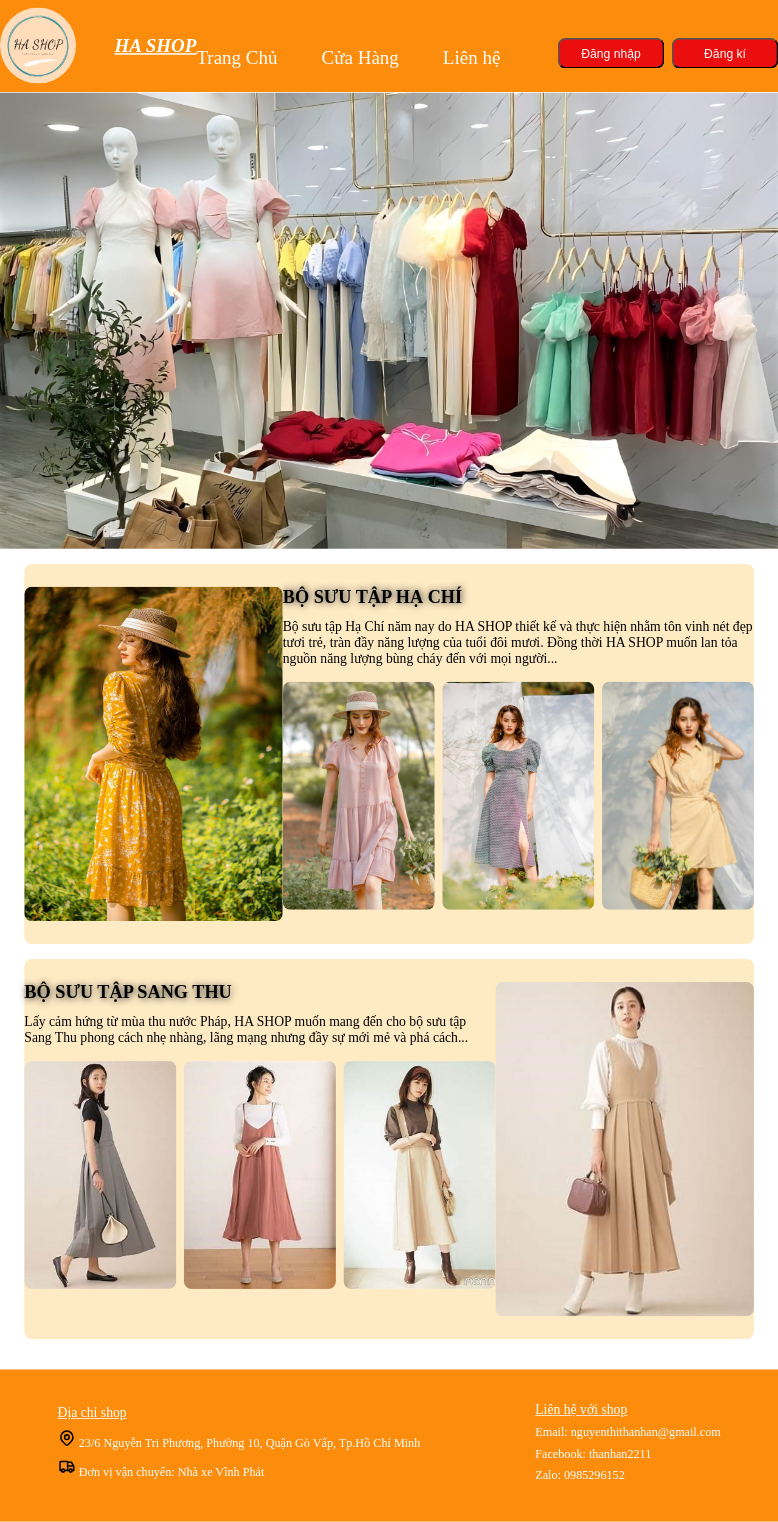
Repository: manhhieu120499/Project_ShopQuanAo
Page: index.html
The author's editor kept a copy of each file at every save. The page is drawn from the files as they stood at one save, then again after the next save.
The browser window is 1024 px wide. The pictures show the whole page, at 76% of full size.

Above is the page before, as saved 2023-04-07 22:13:11.

### index.html
<!DOCTYPE html>
<html lang="en">

<head>
    <meta charset="UTF-8" />
    <meta http-equiv="X-UA-Compatible" content="IE=edge" />
    <meta name="viewport" content="width=device-width, initial-scale=1.0" />
    <title>Document</title>
    <link rel="stylesheet" href="/css/style_trangchu.css">
    <link rel="stylesheet" href="/responsive/responsive_trangchu.css">
</head>

<body>
    <div class="wrap">
        <div class="header">
            <div class="left-header">
                <img src="/image/image_trangchu/Thời trang hiện dại.png" alt="logo_shop" class="picture"/>
                <h2 class="shop_name">HA SHOP</h2>
            </div>

            <div class="right-header">
                <div class="link">
                    <a href="#">Trang Chủ</a>
                    <a href="http://127.0.0.1:5501/html/ban_hang.html">Cửa Hàng</a>
                    <a href="#">Liên hệ</a>
                </div>
                 <div class="btn">
                     <button>Đăng nhập</button>
                     <button>Đăng kí</button>
                 </div>
            </div>

        </div>

        <div class="slide_bar">
            <img src="/image/image_trangchu/slide.jpg" alt="slide_picture">
        </div>

        <div class="album">
            <div class="album_one">
                <div class="left_picture">
                     <img src="/image/image_trangchu/10.jpg" alt="picture_ha_chi">
                </div>
                <div class="right_description">
                      <h2 class="title_album">BỘ SƯU TẬP HẠ CHÍ</h2>
                      <p class="desc">   Bộ sưu tập Hạ Chí năm nay do HA SHOP thiết kế và thực hiện nhằm tôn vinh nét đẹp tươi trẻ, tràn đầy năng lượng của tuổi đôi mươi. Đồng thời HA SHOP muốn lan tỏa nguồn năng lượng bùng cháy đến với mọi người...</p>
                      <div class="picture_etc">
                        <img src="/image/image_trangchu/11.jpg" alt="picture_ha_chi">
                        <img src="/image/image_trangchu/12.jpg" alt="picture_ha_chi">
                        <img src="/image/image_trangchu/13.jpg" alt="picture_ha_chi">
                      </div>
                </div>

            </div>

            <div class="album_two album_one ">
                <div class="right_description">
                    <h2 class="title_album">BỘ SƯU TẬP SANG THU</h2>
                    <p class="desc">   Lấy cảm hứng từ mùa thu nước Pháp, HA SHOP muốn mang đến cho bộ sưu tập Sang Thu phong cách nhẹ nhàng, lãng mạng nhưng đầy sự mới mẻ và phá cách...</p>
                    <div class="picture_etc">
                        <img src="/image/image_trangchu/5.jpg" alt="picture_sang_thu">
                        <img src="/image/image_trangchu/8.jpg" alt="picture_sang_thu">
                        <img src="/image/image_trangchu/6.jpg" alt="picture_sang_thu">
                    </div>
                </div>
                <div class="left_picture">
                     <img src="/image/image_trangchu/3.jpg" alt="picture_sang_thu">
                </div>

            </div>
        </div>

        <div class="footer">
            <div class="left_footer">
                  <p class="address">Địa chỉ shop</p>
                  <p>
                    <a class="icon">
                        <svg xmlns="http://www.w3.org/2000/svg" class="icon icon-tabler icon-tabler-map-pin" width="24" height="24" viewBox="0 0 24 24" stroke-width="2" stroke="currentColor" fill="none" stroke-linecap="round" stroke-linejoin="round">
                            <path stroke="none" d="M0 0h24v24H0z" fill="none"></path>
                            <path d="M12 11m-3 0a3 3 0 1 0 6 0a3 3 0 1 0 -6 0"></path>
                            <path d="M17.657 16.657l-4.243 4.243a2 2 0 0 1 -2.827 0l-4.244 -4.243a8 8 0 1 1 11.314 0z"></path>
                         </svg>
                    </a>
                     23/6 Nguyễn Tri Phương, Phường 10, Quận Gò Vấp, Tp.Hồ Chí Minh
                  </p>
                  <p>
                    <a>
                        <svg xmlns="http://www.w3.org/2000/svg" class="icon icon-tabler icon-tabler-truck" width="24" height="24" viewBox="0 0 24 24" stroke-width="2" stroke="currentColor" fill="none" stroke-linecap="round" stroke-linejoin="round">
                            <path stroke="none" d="M0 0h24v24H0z" fill="none"></path>
                            <path d="M7 17m-2 0a2 2 0 1 0 4 0a2 2 0 1 0 -4 0"></path>
                            <path d="M17 17m-2 0a2 2 0 1 0 4 0a2 2 0 1 0 -4 0"></path>
                            <path d="M5 17h-2v-11a1 1 0 0 1 1 -1h9v12m-4 0h6m4 0h2v-6h-8m0 -5h5l3 5"></path>
                         </svg>
                         Đơn vị vận chuyển: Nhà xe Vĩnh Phát
                    </a>
                  </p>
            </div>
            <div class="right_footer">
                 <p class="address">Liên hệ với shop</p>
                 <p>Email: nguyenthithanhan@gmail.com</p>
                 <p>Facebook: thanhan2211</p>
                 <p>Zalo: 0985296152</p>
            </div>

        </div>
    </div>

</body>

</html>

### css/style_trangchu.css
* {
    margin: 0;
    box-sizing: border-box;
}

.wrap {
    display: flex;
    flex-direction: column;
    width: 100%;
    height: 100%;
}


.header {
    background-color: #FC8D0C;
    display: flex;
    justify-content: space-around;
    position: fixed;
    width: 100%;
    top: 0;
    left: 0;
    padding: 10px 0;
    z-index: 1;
}

.left-header {
    width: 270px;
    display: flex;
    align-items: center;
    justify-content: space-between;
}

.left-header .picture {
    width: 100px;
    height: 100px;
    border-radius: 50%;
}

.left-header .shop_name {
    color: white;
    font-size: 25px;
    text-decoration: underline;
    font-style: italic;
}

.right-header .link {
    width: 400px;
    display: flex;
    justify-content: space-between;
}

.right-header .link a:hover {
    color: black;
}

.right-header .link > a {
    color: white;
    text-decoration: none;
    font-size: 25px;
    /* padding: 10px 35px; */
}

.right-header {
    width: 800px;
    display: flex;
    align-items: flex-end;
    margin-bottom: 20px;
    justify-content: space-between;
}

.right-header .btn {
    display: flex;
    justify-content: space-between;
    width: 300px;
}

.right-header .btn > button {
    background-color: #EA0E0E;
    padding: 10px 15px;
    border-radius: 10px;
    font-size: 16px;
    color: white;
    width: 200px;
    height: 40px;
    margin-left: 10px;
}



/* slide bar*/
.slide_bar {
    margin-top: 122px;
    height: 400px;
}
.slide_bar > img{
    width: 100%;
    object-fit: cover;
    height: 600px;
    display: block;
    margin-bottom: 20px;
}

/*album bo suu tap*/
.album {
    display: flex;
    width: calc(100% - 32px);
    flex-direction: column;
}
.album_one {
    margin-top: 220px;
    width: calc(100% - 32px);
    margin-left: 32px;
    height: 500px;
    background-color: #FEEAC3;
    display: flex;
    justify-content: space-around;
    align-items: center;
    border-radius: 10px;

}

.left_picture {
    width: 340px;
    height: 440px;
}
.left_picture img{
    width: 340px;
    height: 440px;
    border-radius: 10px;
}

.left_picture img:hover {
    transform: scale(1.1);
    transition: ease all 0.7s;
}

.right_description {
    width: 700px;
    height: 440px;
    display: flex;
    flex-direction: column;
}

.right_description > .picture_etc{
    display: flex;
    align-items: center;
    justify-content: space-between;
}

.right_description > .picture_etc > img {
    width: 200px;
    height: 300px;
    border-radius: 10px;
    object-fit: cover;
    margin-top: 10px;
}

.right_description > .picture_etc > img:hover {
    transform: scale(1.1);
    transition: ease all 0.7s;
}

.right_description .title_album {
    font-weight: 600px;
    margin-bottom: 15px;
    text-shadow: 1px 1px 10px #222;
}

.right_description .desc {
    font-size: 18px;
    text-align: start;
    margin-bottom: 10px;
}

.album .album_two {
    margin-top: 20px;
}

/*footer*/
.footer {
    margin-top: 40px;
    width: 100%;
    height: 200px;
    background-color: #FC8D0C;
    display: flex;
    justify-content: space-around;
    align-items: center;
    color: white;
}

.footer .left_footer {
    display: flex;
    flex-direction: column;
}

.left_footer p {
    margin-bottom: 10px;
}

.left_footer .address {
    text-decoration: underline;
    font-size: 18px;
}

.footer .right_footer {
    display: flex;
    flex-direction: column;
}

.right_footer p {
    margin-bottom: 10px;
}

.right_footer .address {
    text-decoration: underline;
    font-size: 18px;
}

.footer svg {
    color: black;
}

### responsive/responsive_trangchu.css
@media screen and (max-width: 1024px){

}

After the next save:
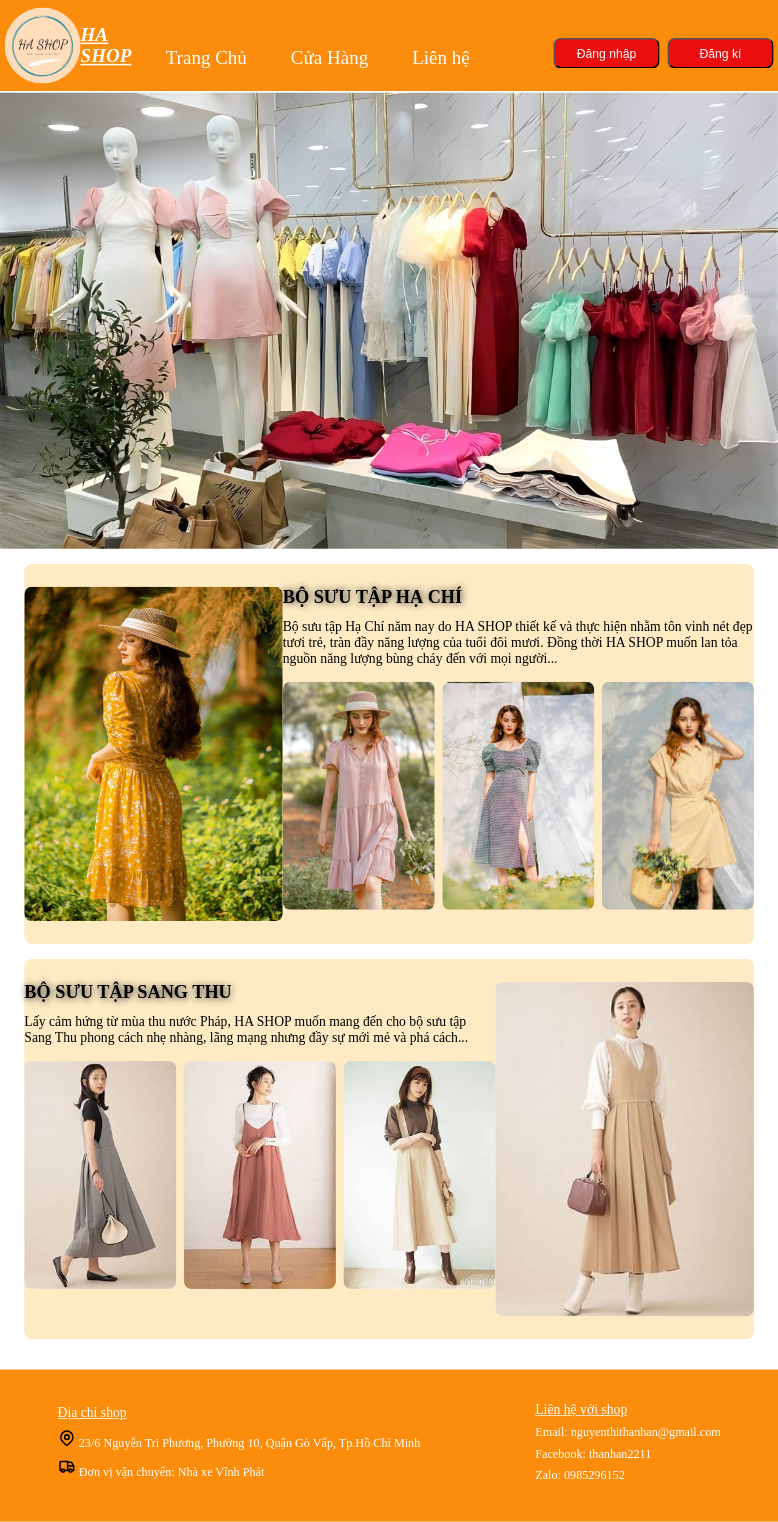
Saved 11 s later.
--- a/responsive/responsive_trangchu.css
+++ b/responsive/responsive_trangchu.css
@@ -1,3 +1,5 @@
 @media screen and (max-width: 1024px){
-
+    .left-header {
+        width: 200px;
+    }
 }
